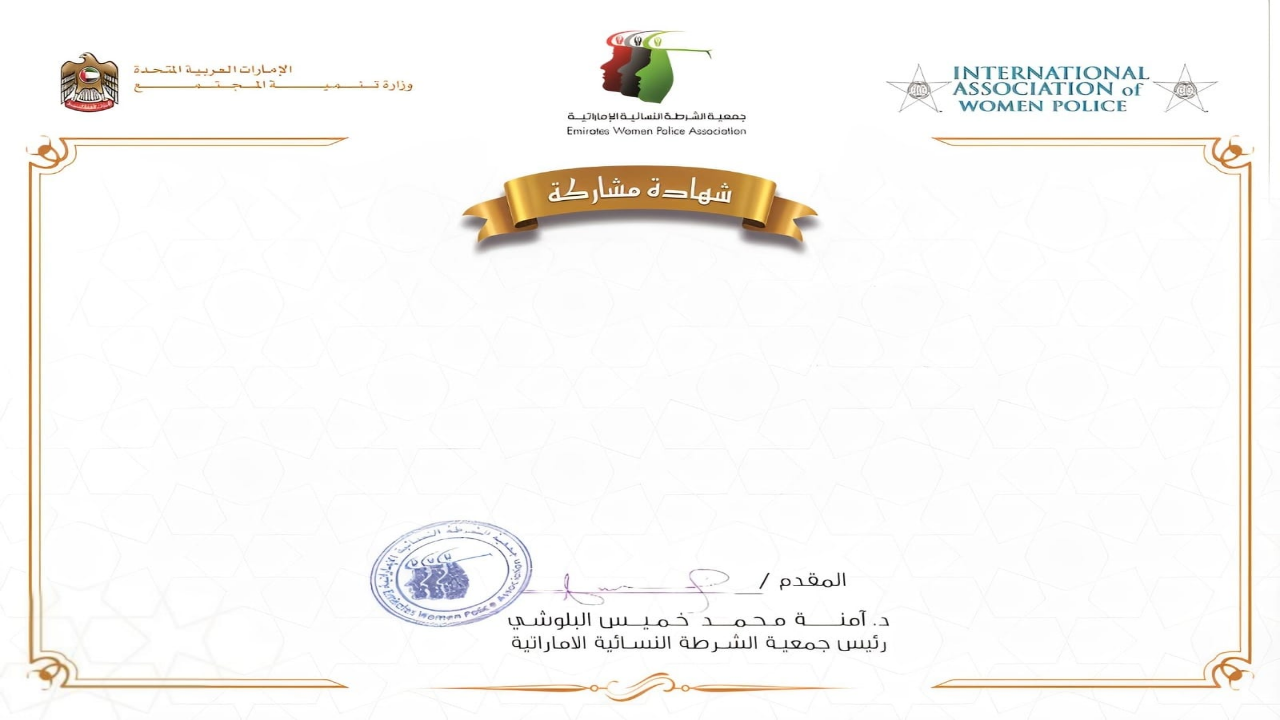
Repository: YahiaSala7/version-one
Page: index.html
An editor plug-in stored every save of this project. The page is shown before and after the next save, followed by the edit.
The browser window is 1280 px wide. The pictures show the whole page.

Above is the page before, as saved 2024-04-16 17:20:24.

After the next save:
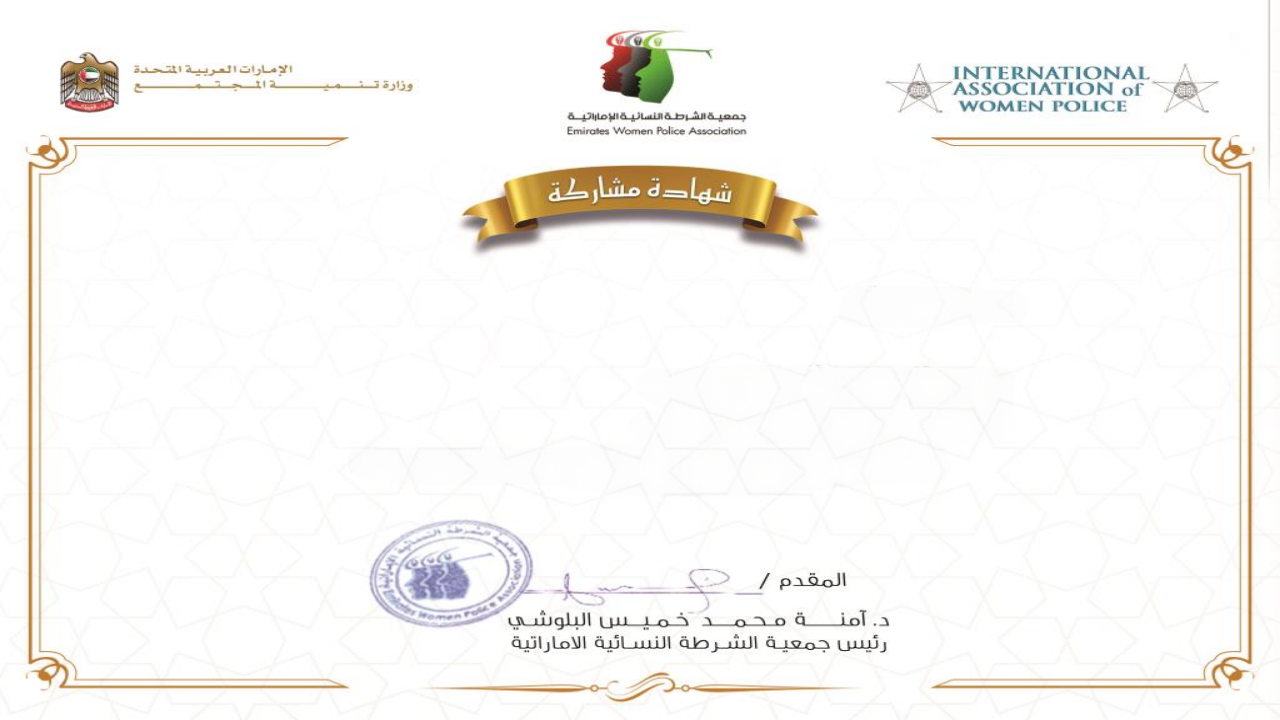
Saved 20 s later.
--- a/index.html
+++ b/index.html
@@ -8,7 +8,7 @@
 </head>
 <body>
     <div class="parent">
-            <img src="./imgs/img.jpeg" alt="">
+            <img src="./imgs/img.png" alt="">
     </div>
 </body>
 </html>
